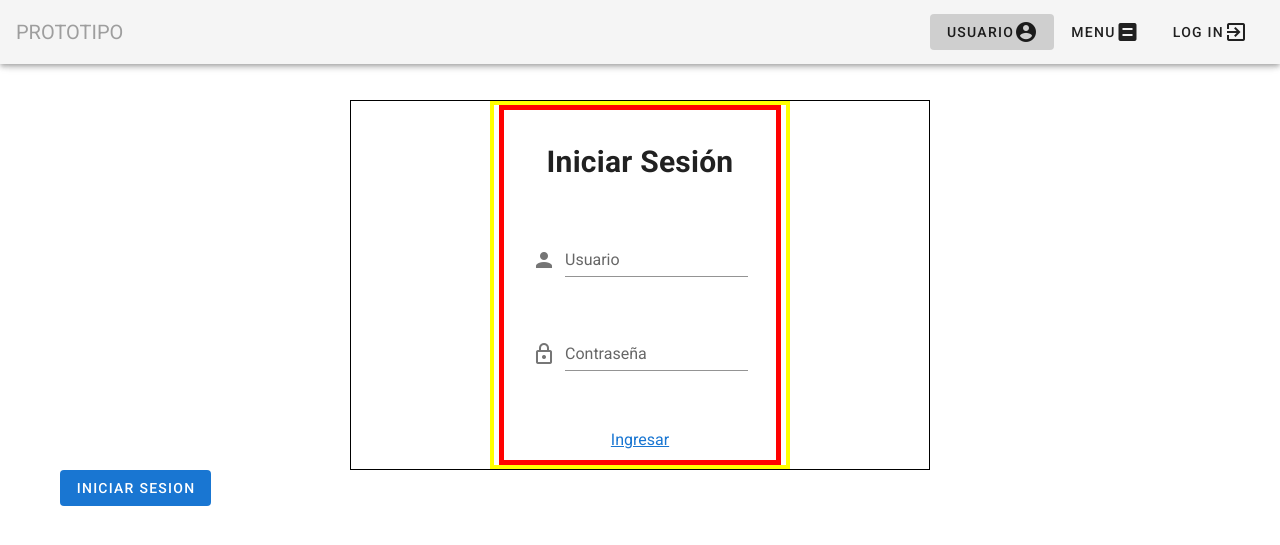
Repository: YojayDeHorta/Administrador-con-filtros
Page: /
An editor plug-in stored every save of this project. The page is shown before and after a run of saves, followed by the edit.
The browser window is 1280 px wide. The pictures show the whole page.
The project was rebuilt for these pictures with package versions that can differ from the ones it lists, and the page was loaded fresh each time. Also part of the build but not shown: vue.config.js, src/components/Login.vue, src/views/Options.vue, src/components/Filtro.vue, src/components/CrudClientes.vue, src/views/Filter.vue.

Above is the page before, as saved 2021-09-25 16:58:05.

After the next 3 saves:
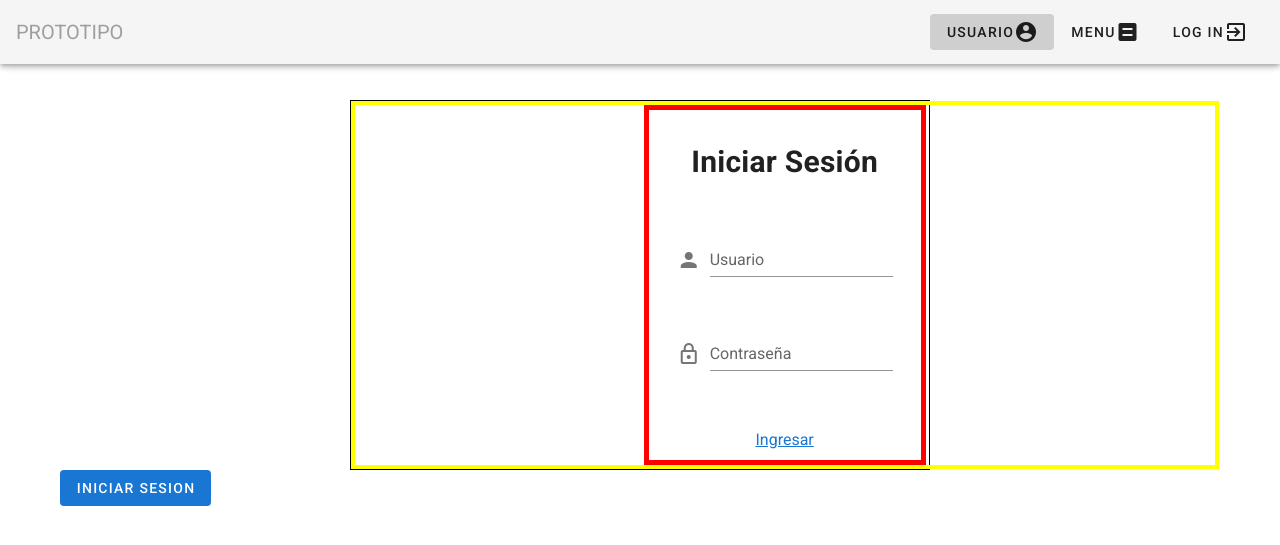
The 3 saves are shown as one change because they came seconds apart.
The last was saved 29 s later.
--- a/src/components/Tabs_Login.vue
+++ b/src/components/Tabs_Login.vue
@@ -69,7 +69,7 @@
 
 
     .Marco-Login {
-        width: 300px;
+        width: 150%;
         border: 4px solid yellow;
         margin: auto;
     }
